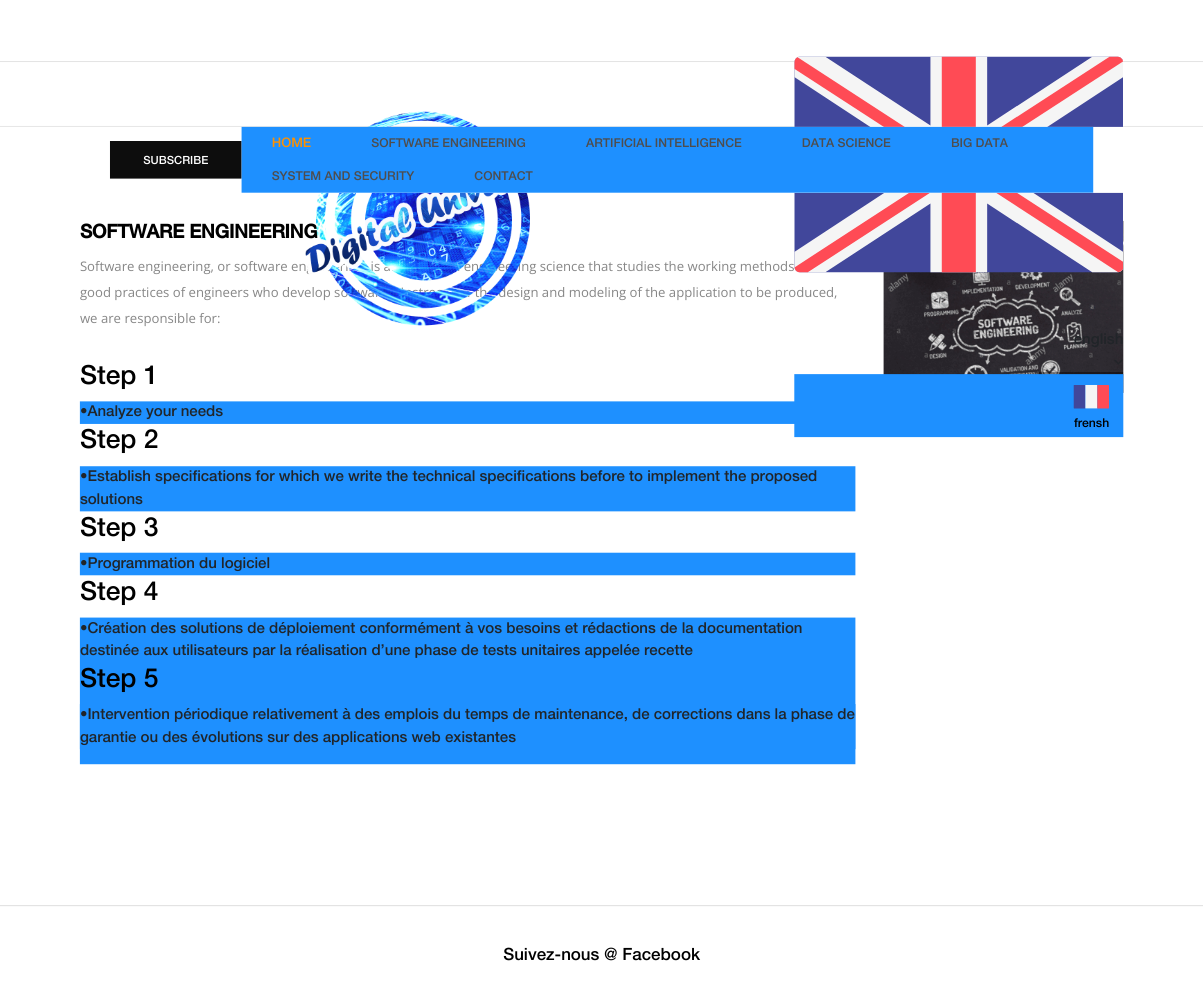
Repository: attoumbre/DATA_SERV
Page: anglais/genie-logiciel.html
The author's editor kept a copy of each file at every save. The page is drawn from the files as they stood at one save, then again after the next save.
The browser window is 1280 px wide. The pictures show the part of the page from y = 0 to 1047 px (the page is 2146 px tall), at 94% of full size.
A picture or video elsewhere on the page could not be fetched, so the positions and the page height are approximate.

Above is the page before, as saved 2020-02-12 12:26:42.
Console error: TypeError: Cannot set properties of null (setting 'onfocus')

After the next save:
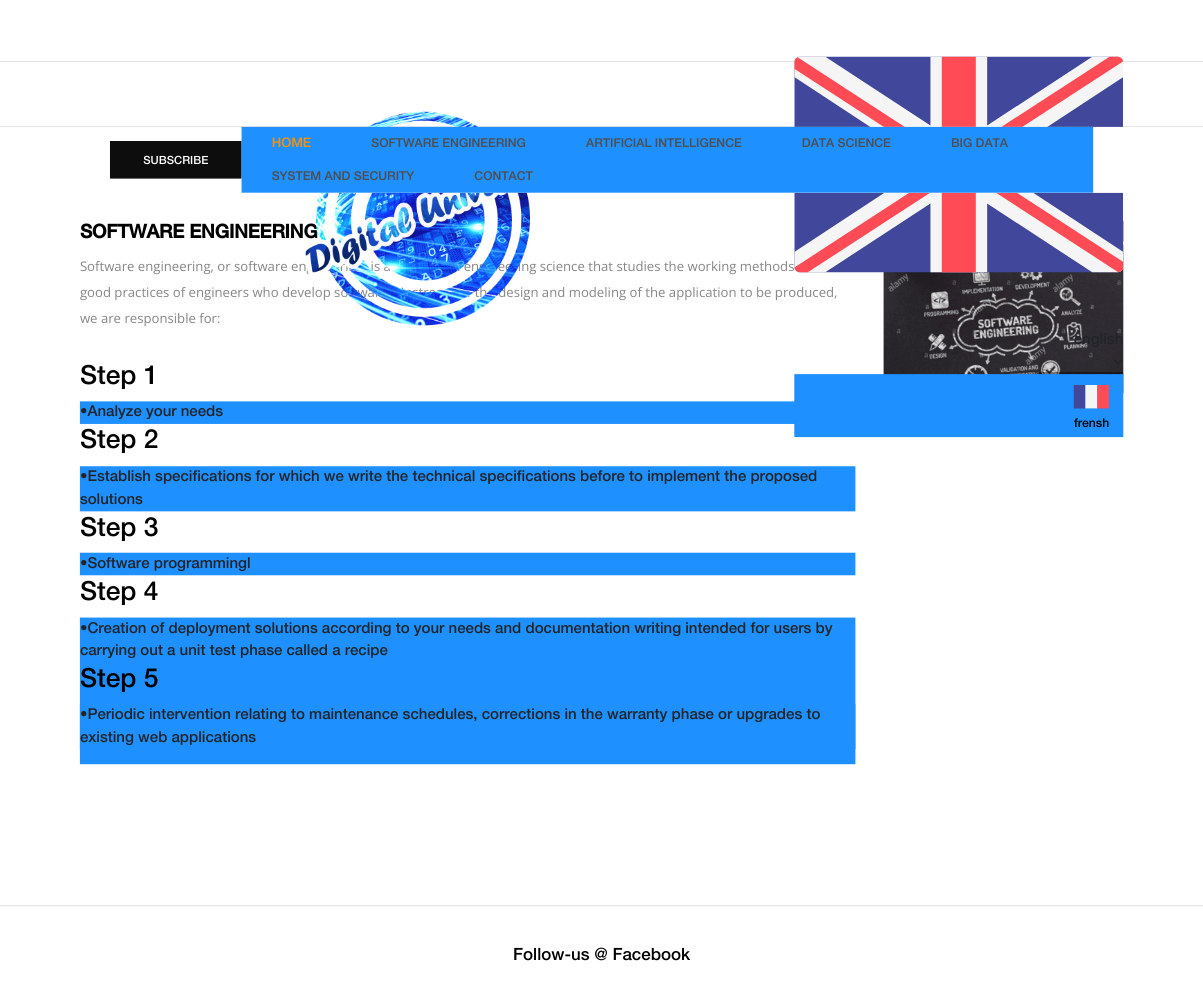
Saved 104 s later.
--- a/anglais/genie-logiciel.html
+++ b/anglais/genie-logiciel.html
@@ -163,11 +163,11 @@
                                 <h3> Step 2</h3>
                                 <ol>•Establish specifications for which we write the technical specifications before to implement the proposed solutions </ol>
                                 <h3> Step 3</h3>
-                                <ol>•Programmation du logiciel</ol>
+                                <ol>•Software programmingl</ol>
                                 <h3> Step 4</h3>
-                                <ol>•Création des solutions de déploiement conformément à vos besoins et rédactions de la documentation destinée aux utilisateurs par la réalisation d’une phase de tests unitaires appelée recette </h4>
+                                <ol>•Creation of deployment solutions according to your needs and documentation writing intended for users by carrying out a unit test phase called a recipe </h4>
                                     <h3> Step 5 </h3>
-                                    <ol>•Intervention périodique relativement à des emplois du temps de maintenance, de corrections dans la phase de garantie ou des évolutions sur des applications web existantes</ol>
+                                    <ol>•Periodic intervention relating to maintenance schedules, corrections in the warranty phase or upgrades to existing web applications</ol>
                             </p>
                         </div>
                     </div>
@@ -195,7 +195,7 @@
             <div class="row ">
                 <div class="col-12 ">
                     <div class="insta-title ">
-                        <h5>Suivez-nous @ Facebook</h5>
+                        <h5>Follow-us @ Facebook</h5>
                     </div>
                 </div>
             </div>
